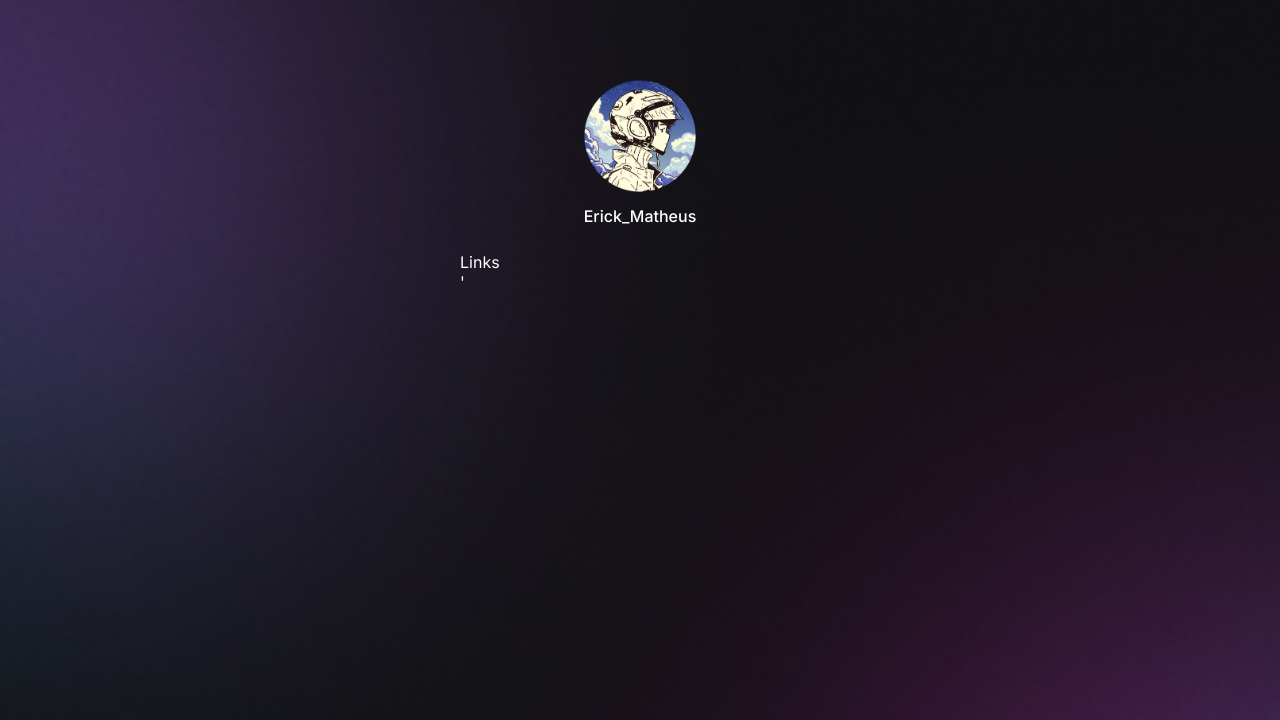
Repository: e-rickmatheus/project_dev_links
Page: index.html
These files come from the project's save history. The page is drawn as it stood at one moment and after a run of saves; the edit follows.
The browser window is 1280 px wide. The pictures show the whole page.

Above is the page before, as saved 2025-04-02 18:09:29.

After the next 7 saves:
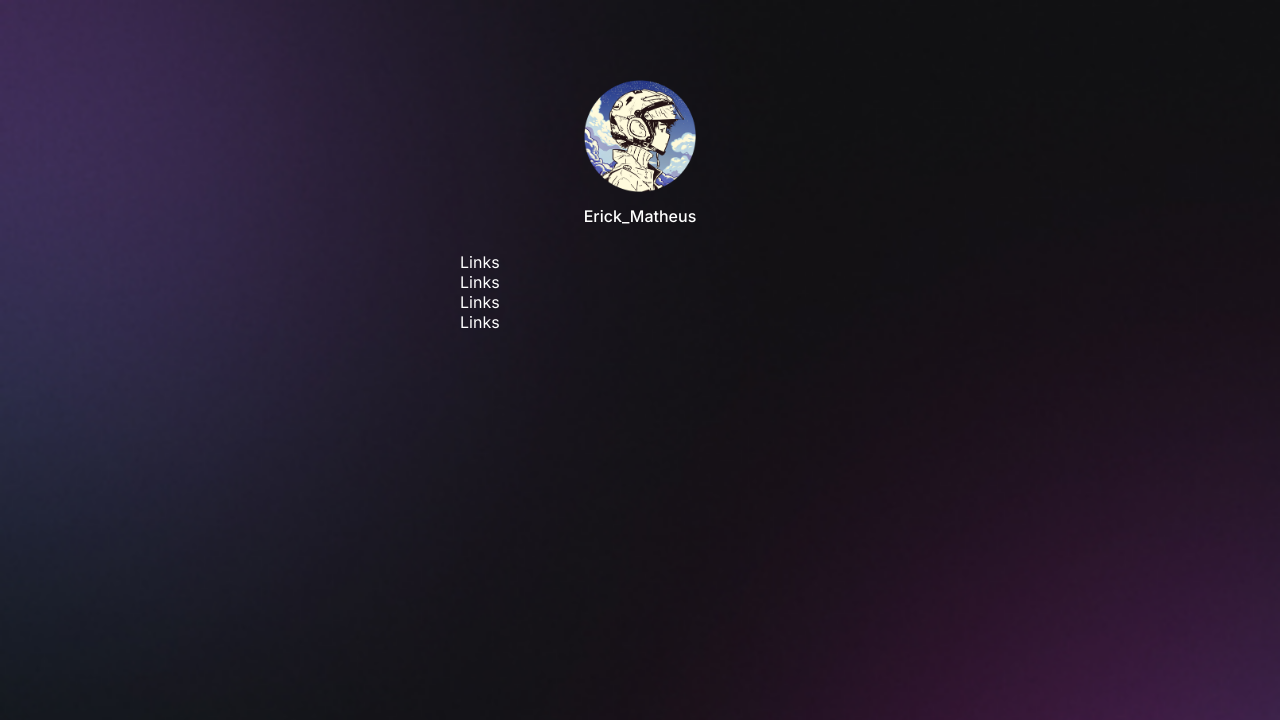
The 7 saves are shown as one change because they came seconds apart.
The last was saved 12 s later.
--- a/index.html
+++ b/index.html
@@ -19,7 +19,10 @@
       <p>Erick_Matheus</p>
     </div>
 
-    <ul href="#">Links</ul>'
+    <ul href="#">Links</ul>
+    <ul href="#">Links</ul>
+    <ul href="#">Links</ul>
+    <ul href="#">Links</ul>
     <ul></ul>
     <ul></ul>
     <ul></ul>
